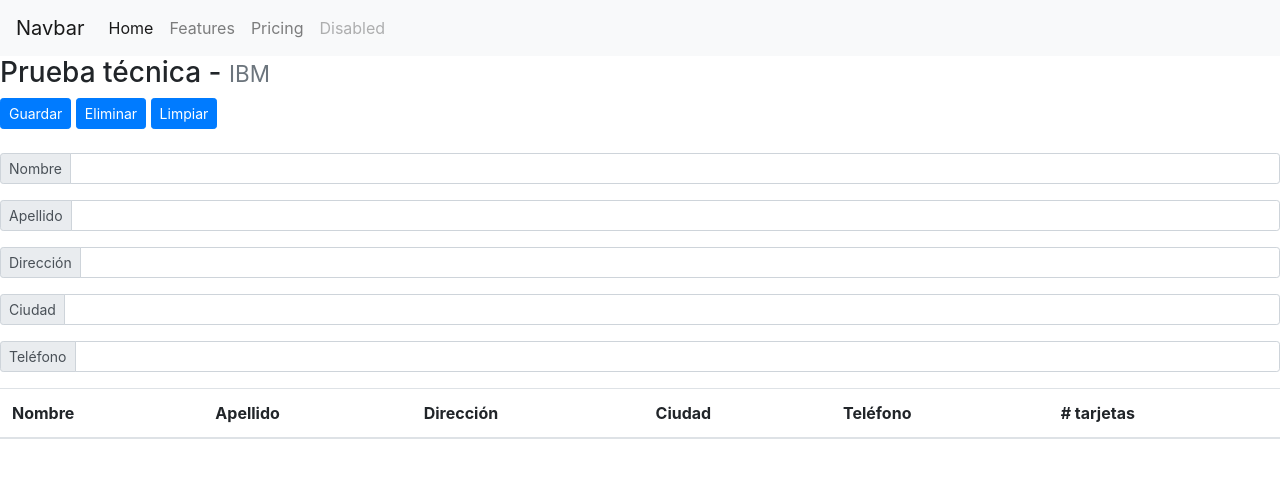
Repository: analozano16/ibm
Page: prueba_banco_war/src/main/webapp/index.html
An editor plug-in stored every save of this project. The page is shown before and after the next save, followed by the edit.
The browser window is 1280 px wide. The pictures show the whole page.
Some web libraries are served in a nearby version.

Above is the page before, as saved 2020-02-02 23:19:34.

After the next save:
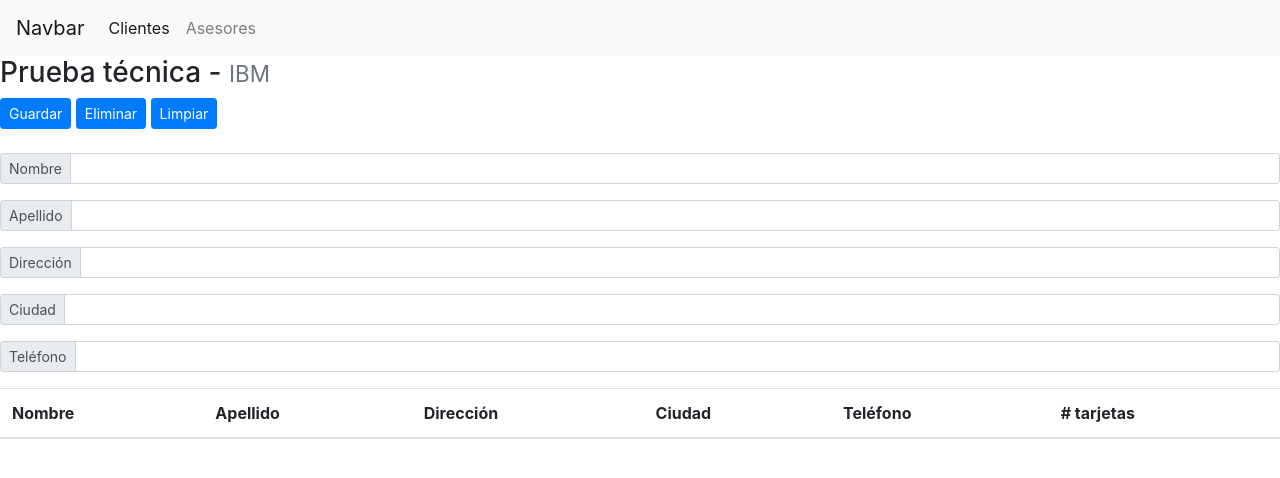
Saved 89 s later.
--- a/prueba_banco_war/src/main/webapp/index.html
+++ b/prueba_banco_war/src/main/webapp/index.html
@@ -19,10 +19,8 @@
   </button>
   <div class="collapse navbar-collapse" id="navbarNavAltMarkup">
     <div class="navbar-nav">
-      <a class="nav-item nav-link active" href="#">Home <span class="sr-only">(current)</span></a>
-      <a class="nav-item nav-link" href="#">Features</a>
-      <a class="nav-item nav-link" href="#">Pricing</a>
-      <a class="nav-item nav-link disabled" href="#">Disabled</a>
+      <a class="nav-item nav-link active" href="#">Clientes<span class="sr-only">(current)</span></a>
+      <a class="nav-item nav-link" href="#">Asesores</a>
     </div>
   </div>
 </nav>
